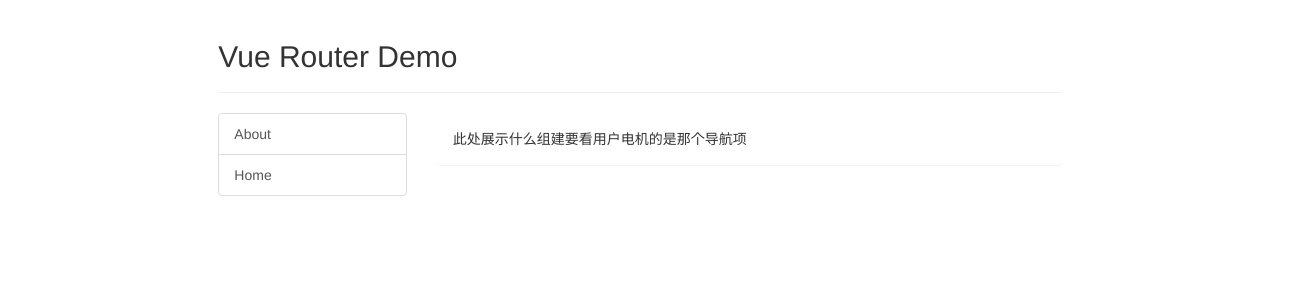
Repository: Crow7277/Vue2-
Page: /#/home/message
The author's editor kept a copy of each file at every save. The page is drawn from the files as they stood at one save, then again after the next save.
The browser window is 1280 px wide. The page is 1295 px wide, so the pictures cover 1295 px, including what lies to the right of the window. The pictures show the whole page.
The project was rebuilt for these pictures with package versions that can differ from the ones it lists, and the page was loaded fresh each time. Also part of the build but not shown: vue.config.js, src/components/About.vue, src/components/Home.vue.

Above is the page before, as saved 2022-04-09 16:59:57.

### public/index.html
<!DOCTYPE html>
<html lang="">
    <head>
        <meta charset="utf-8" />
        <!-- 针对IE浏览器，让IE浏览器以最高的渲染级别渲染页面 -->
        <meta http-equiv="X-UA-Compatible" content="IE=edge" />
        <!-- 开启移动端的理想视口 -->
        <meta name="viewport" content="width=device-width,initial-scale=1.0" />
        <!-- 页签图标 -->
        <!-- <%= BASE_URL %>表示public文件夹所在路径 -->
        <link rel="icon" href="<%= BASE_URL %>favicon.ico" />
        <link rel="stylesheet" href="<%= BASE_URL %>css/bootstrap.css" />
        <title><%= htmlWebpackPlugin.options.title %></title>
    </head>

    <body>
        <!-- 当浏览器不支持js时，浏览器就会显示noscript中的内容 -->
        <noscript>
            <strong>
                We're sorry but <%= htmlWebpackPlugin.options.title %> doesn't work properly without
                JavaScript enabled. Please enable it to continue.
            </strong>
        </noscript>
        <!-- 容器 -->
        <div id="app"></div>
        <!-- built files will be auto injected -->
    </body>
</html>

### src/main.js
// 引入Vue
import Vue from 'vue';
// 引入App
import App from './App.vue';
// 引入路由
import VueRouter from 'vue-router';
// 引入路由器
import router from './router';
// 关闭生产环境提示
Vue.config.productionTip = false;

// 应用插件
Vue.use(VueRouter);

// 创建Vue
new Vue({
    el: '#app',
    render: h => h(App),
    router: router,
});

### src/App.vue
<template>
    <div>
        <div class="row">
            <div class="col-xs-offset-2 col-xs-8">
                <div class="page-header"><h2>Vue Router Demo</h2></div>
            </div>
        </div>
        <div class="row">
            <div class="col-xs-2 col-xs-offset-2">
                <div class="list-group">
                    <!-- 原始HTML中使用a标签实现页面的跳转 -->
                    <!-- <a class="list-group-item active" href="./about.html">About</a> -->
                    <!-- <a class="list-group-item" href="./home.html">Home</a> -->
                    <router-link class="list-group-item" active-class="" to="/about">About</router-link>
                    <router-link class="list-group-item" active-class="" to="/home">Home</router-link>
                </div>
            </div>
            <div class="col-xs-6">
                <div class="panel">
                    <div class="panel-body">此处展示什么组建要看用户电机的是那个导航项</div>
                </div>
            </div>
        </div>
    </div>
</template>

<script>
export default {
    name: 'App',
};
</script>
<style></style>

### src/router/index.js
// 该文件用于创建整个应用的路由器
import VueRouter from 'vue-router';
// 引入组件
import About from '../components/About.vue';
import Home from '../components/Home.vue';

// 创建并暴露一个路由器
export default new VueRouter({
    routes: [
        {
            path: '/about',
            component: About,
        },
        {
            path: '/home',
            component: Home,
        },
    ],
});

Loaded but not shown: public/css/bootstrap.css (library)

After the next save:
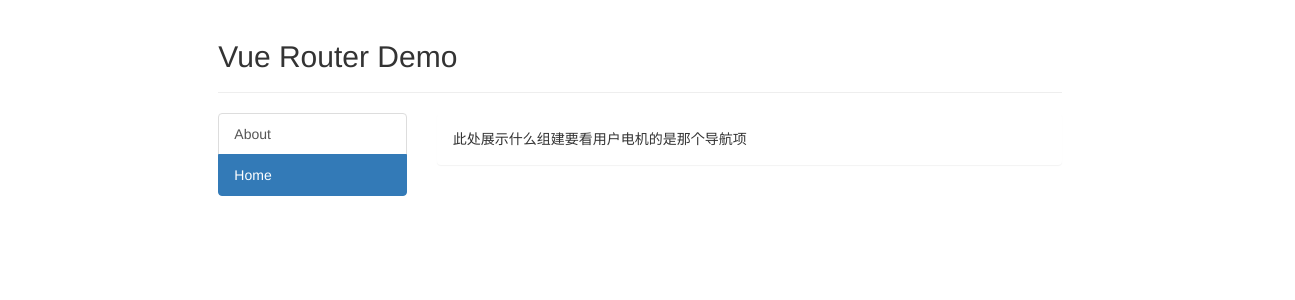
Saved 11 s later.
--- a/src/App.vue
+++ b/src/App.vue
@@ -11,8 +11,12 @@
                     <!-- 原始HTML中使用a标签实现页面的跳转 -->
                     <!-- <a class="list-group-item active" href="./about.html">About</a> -->
                     <!-- <a class="list-group-item" href="./home.html">Home</a> -->
-                    <router-link class="list-group-item" active-class="" to="/about">About</router-link>
-                    <router-link class="list-group-item" active-class="" to="/home">Home</router-link>
+                    <router-link class="list-group-item" active-class="active" to="/about">
+                        About
+                    </router-link>
+                    <router-link class="list-group-item" active-class="active" to="/home">
+                        Home
+                    </router-link>
                 </div>
             </div>
             <div class="col-xs-6">
